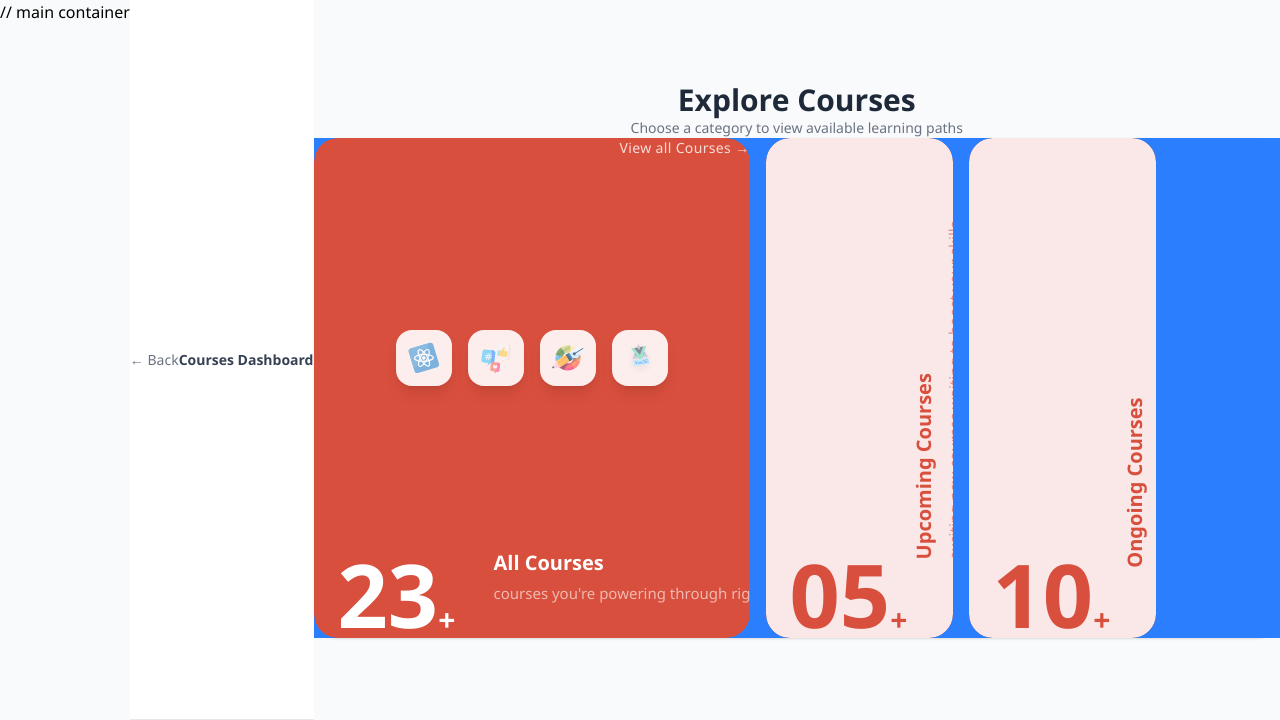
Repository: RahulRajKhadka/nextjs-dashboard-app
Page: /task2
The author's editor kept a copy of each file at every save. The page is drawn from the files as they stood at one save, then again after a run of saves.
The browser window is 1280 px wide. The pictures show the whole page.
The project was rebuilt for these pictures with package versions that can differ from the ones it lists, and the page was loaded fresh each time. The framework's server and built-in components were replaced by stand-ins that run in the browser. Also part of the build but not shown: next.config.ts.

Above is the page before, as saved 2026-04-10 14:47:05.

After the next 2 saves:
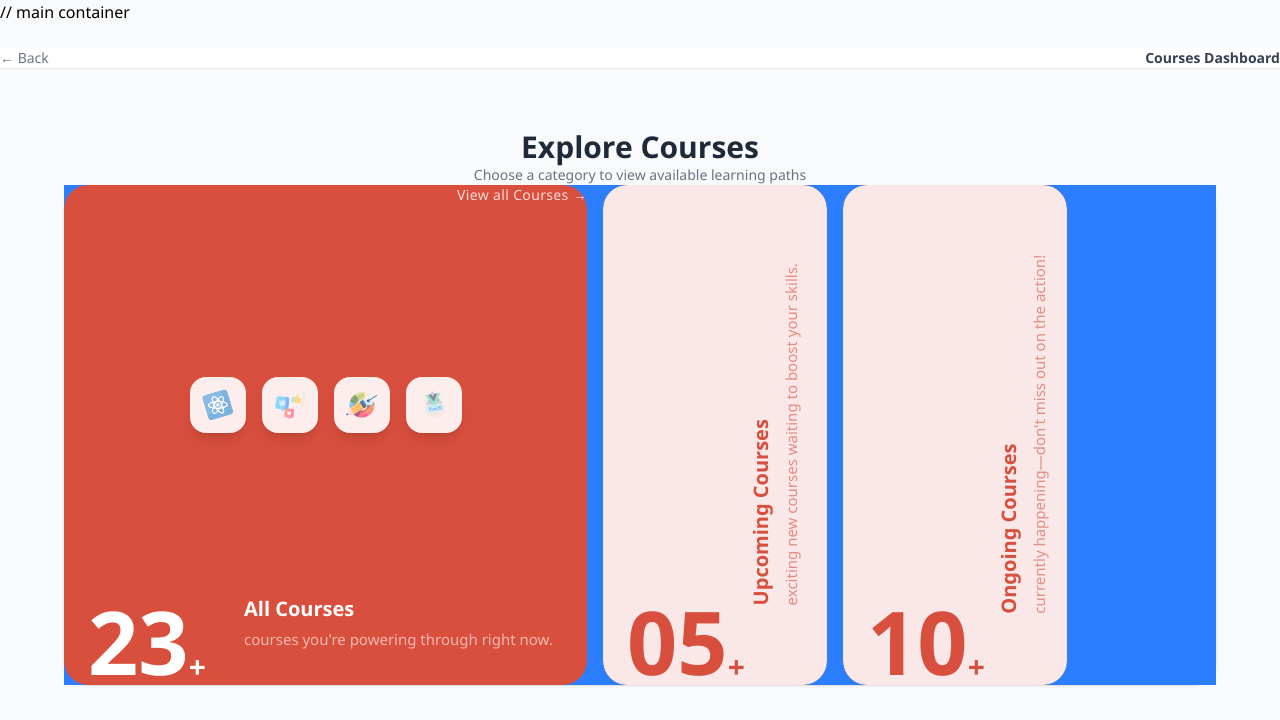
The 2 saves are shown as one change because they came seconds apart.
The last was saved 7 s later.
--- a/src/app/task2/page.tsx
+++ b/src/app/task2/page.tsx
@@ -13,7 +13,7 @@ const CourseCards = dynamic(() => import("@/components/task2/CourseCards"), {
 
 export default function Task2Page() {
   return (
-    <main className="min-h-screen bg-gray-50 flex flex "> // main container
+    <main className="min-h-screen bg-gray-50 flex flex-col gap-6 "> // main container
 
       {/* Top Bar */}
       <div className="flex items-center justify-between px-6 md:px-10 py-4 border-b border-gray-200 bg-white">
